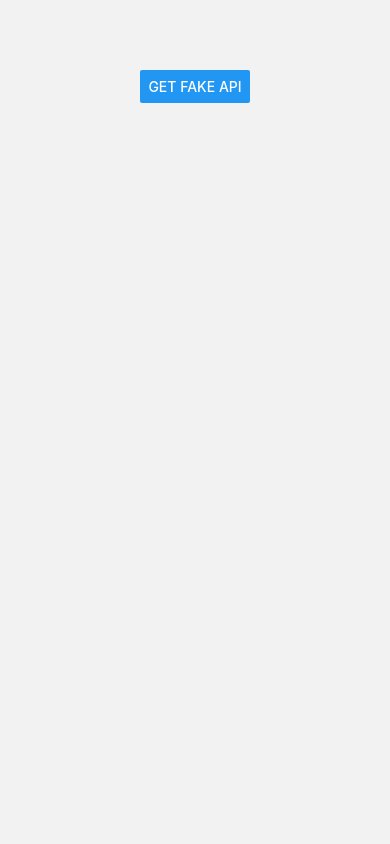
Repository: BCIT-Rooty/rooty-expo
Screen: /BroadcastMedia
An editor plug-in stored every save of this project. The screen is shown before and after a run of saves, followed by the edit.
The app was drawn by React Native's web renderer in a window 390 px wide. The project was rebuilt for these pictures with package versions that can differ from the ones it lists, and the page was loaded fresh each time. Also part of the build but not shown: components/text.js, components/postCard.js, screens/Computing.js, screens/Marketing.js, screens/BusinessFinance.js, screens/DigitalArtsDesign.js, screens/Tutoring.js.

Above is the screen before, as saved 2022-12-10 04:16:26.

### App.js
import { NavigationContainer } from '@react-navigation/native';
import { createNativeStackNavigator } from '@react-navigation/native-stack';
import Home from './screens/Home';
import BroadcastMedia from './screens/BroadcastMedia'
import Computing from './screens/Computing'
import Marketing from './screens/Marketing'
import BusinessFinance from './screens/BusinessFinance'
import DigitalArtsDesign from './screens/DigitalArtsDesign'
import Tutoring from './screens/Tutoring'

const Stack = createNativeStackNavigator();

export default function App() {
  return (
    <NavigationContainer>
      <Stack.Navigator>
        <Stack.Screen options={{headerShown: false}} name="Home" component={Home} />
        <Stack.Screen options={{headerShown: false}} name="BroadcastMedia" component={BroadcastMedia} />
        <Stack.Screen options={{headerShown: false}} name="Computing" component={Computing} />
        <Stack.Screen options={{headerShown: false}} name="Marketing" component={Marketing} />
        <Stack.Screen options={{headerShown: false}} name="BusinessFinance" component={BusinessFinance} />
        <Stack.Screen options={{headerShown: false}} name="DigitalArtsDesign" component={DigitalArtsDesign} />
        <Stack.Screen options={{headerShown: false}} name="Tutoring" component={Tutoring} />
      </Stack.Navigator>
    </NavigationContainer>
  );
}

### screens/Home.js
import { StatusBar } from 'expo-status-bar';
import { StyleSheet, Text, View } from 'react-native';
import styled from 'styled-components/native';
import { useState } from 'react';
import { FlexBox } from '../components/flexbox';
import TextBox from '../components/text';
import CategoryCard from '../components/categoryCard';
import { useNavigation } from '@react-navigation/native'

export default function Home() {
  const [listOfCategories, setListOfCategories] = useState([
    { id: "BroadcastMedia", name: "Broadcast & Media", image:"https://starbooks.ca/wk06website/wp-content/uploads/2022/12/broadcast-500x500.png" },
    { id: "Computing", name: "Computing", image:"https://starbooks.ca/wk06website/wp-content/uploads/2022/12/programming-Small.jpeg" },
    { id: "Marketing", name: "Marketing", image:"https://starbooks.ca/wk06website/wp-content/uploads/2022/12/marketing-500x500.png" },
    { id: "BusinessFinance", name: "Business & Finance", image:"https://starbooks.ca/wk06website/wp-content/uploads/2022/12/business-Small.jpeg" },
    { id: "DigitalArtsDesign", name: "Digital Arts & Design", image:"https://starbooks.ca/wk06website/wp-content/uploads/2022/12/digitalarts-Small.jpeg" },
    { id: "Tutoring", name: "Tutoring", image:"https://starbooks.ca/wk06website/wp-content/uploads/2022/12/tutoring-Small.jpeg" },
  ]);
    const  navigation = useNavigation()

    const SendRoute = (catId) => {
      navigation.navigate(catId)
      console.log("Hello")
    }


  return (
     <View style={{borderWidth:0, width:"100%", padding:"20px", height:"100%", backgroundColor:"#F8F6F2"}}>
          <View style={{width:"100%", justifyContent:"start", alignItems:"flex-start", paddingTop:50, paddingRight:0, paddingLeft:20, minHeight:90, borderBottomWidth: 1, borderBottomColor: 'grey', marginBottom:20}}>
            <Text style={{fontSize:20, fontWeight:"700"}}>Search</Text>
          </View>
          <View style={{flexWrap:"wrap", flexDirection:"row", borderWidth:"0px", display:"flex", justifyContent:"center"}} >
          {listOfCategories.map((category) => (
              <CategoryCard key={category.id} onPress={()=>{SendRoute(category.id)}} name={category.name} image={category.image}></CategoryCard>

            ))
          }
          </View>
      </View>
  );
}

### screens/BroadcastMedia.js
import { StatusBar } from 'expo-status-bar';
import { StyleSheet, Text, View, Button, KeyboardAvoidingView, ScrollView } from 'react-native';
import styled from 'styled-components/native';
import { useState } from 'react';
import { FlexBox } from '../components/flexbox';
import TextBox from '../components/text';
import CategoryCard from '../components/categoryCard';
import { useNavigation } from '@react-navigation/native'
import PostCard from '../components/postCard';
import axios from 'axios';

export default function BroadcastMedia() {
    const  navigation = useNavigation()
    const hey = () => {
      navigation.navigate('Home')
    }
    const [go, setGo] = useState("ok")
    const [number, setNumber] = useState("")
    const [cards, setCards] = useState([]);
    const [toast, showToast] = useState("blue")
    const [toastText, showToastText] = useState("Enter a number")
    const [loading, setLoading] = useState(false)

    const GetAPICards = async () => {
      // await means please wait for the line to finish before moving onto the next line

      //.then .catch
      setGo("ok")
      setLoading(true)
      await axios.get("https://fakerapi.it/api/v1/images?_quantity=10")
              .then((result)=>{
                  // if(result.data.data == 0 || number == "" || number == "0"){
                  //     throw new Error();
                  // }
                  setGo(true)
                  setCards([
                    ...result.data.data
                  ])
                  showToast("green")
                  showToastText("Successfully retrieved data!")
                  console.log(result.data.data)
              })
              .catch((error)=>{
                  // setGo(false)
                  // showToastText("Failed getting data")
                  // showToast("red")
                  console.log(error.message)
              })
      // setLoading(false)

    }


  return (
    <KeyboardAvoidingView behaviour="padding" style={{display:"flex", justifyContent:"start", alignItems:"center", height:"100%", paddingTop: 70}}>
    <Button onPress={() => GetAPICards()} title="Get Fake API"/>
    <ScrollView style={{marginTop:50}}>
        {go === true && cards.map((o,i)=>( <View key={i} style={{marginBottom:30}}>
            {i % 2 === 0 && <PostCard url={o.url} title={o.title} description={o.description}/>}
            {i % 2 !== 0 && <PostCard url={o.url} title={o.title} description={o.description}/>}
            </View>
        ))}
    </ScrollView>
</KeyboardAvoidingView>
  );
}

### components/flexbox.js
import styled from 'styled-components/native'

export const FlexBox = styled.View`
    display:flex;
    justify-content:${props=>props.justifyContent};
    align-items:${props=>props.alignItems};
    flex-direction:${props=>props.dir};
    flex-wrap: ${props=>props.flexWrap};
    width: ${props=>props.width};
    height: ${props=>props.height};
    background-color: ${props=>props.bgColor};
    padding: ${props=>props.padding || "0px"};
    min-height: ${props=>props.minHeight};
    max-height: ${props=>props.maxHeight};
    background-image: ${props=>props.linearGradient}, url(${props=>props.bgImage});
    background-position: ${props=>props.bgPosition};
    background-size: ${props=>props.bgSize};
    border-radius:${props=>props.borderRadius};
    filter: ${props=>props.filter};
    border: ${props=>props.border};
    position: ${props=>props.position};
    top: ${props=>props.top};
    left:${props=>props.left};
    bottom: ${props=>props.bottom};
    border-bottom-style: ${props=>props.borderBottom};
    border-top: ${props=>props.topBorder};
    border-bottom: ${props=>props.bottomBorder};
    color: ${props=>props.color};
    cursor: ${props=>props.cursor};
    max-width: ${props=>props.maxWidth};
    min-width: ${props=>props.minWidth};
    overflow-y: ${props=>props.overflowY};
    overflow-anchor: ${props=>props.overflowA}
`;

### components/categoryCard.js
import { FlexBox } from "./flexbox"
import { Image, Pressable, Text } from "react-native"


export default function CategoryCard({
    key,
    name,
    image,
    onPress=()=>{}
}) {

    return (
      <Pressable key={key} onPress={onPress} style={{marginHorizontal:10,marginVertical: 15, shadowOffset:{width:0, height:5}, shadowOpacity:0.4, shadowRadius:5}}>
          <FlexBox dir="column" style={{width:155, height:140, borderRadius:5, borderWidth:0, alignItems:"flex-end", justifyContent:"flex-end"}}>
            <Image style={{width:"100%", height:"87%"}} borderTopLeftRadius="5pt" borderTopRightRadius="5pt"source={{uri:image}}></Image>
            <FlexBox border="0" height="49pt" width="100%" borderBottomEndRadius="5pt" borderBottomLeftRadius="5pt" bgColor="white" justifyContent="start" padding="5%">
                <Text size="16px" weight="bold" align="left" borderRadius="15px">{name}</Text>
            </FlexBox>
        </FlexBox>
      </Pressable>
    )
  };

After the next 4 saves:
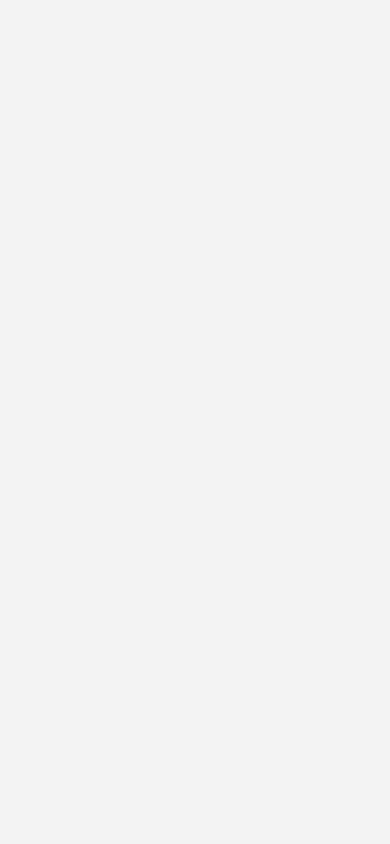
The 4 saves are shown as one change because they came seconds apart.
The last was saved 17 s later.
--- a/screens/BroadcastMedia.js
+++ b/screens/BroadcastMedia.js
@@ -53,7 +53,8 @@
 
   return (
     <KeyboardAvoidingView behaviour="padding" style={{display:"flex", justifyContent:"start", alignItems:"center", height:"100%", paddingTop: 70}}>
-    <Button onPress={() => GetAPICards()} title="Get Fake API"/>
+    {/* <Button onPress={() => GetAPICards()} title="Get Fake API"/> */}
+    {GetAPICards}
     <ScrollView style={{marginTop:50}}>
         {go === true && cards.map((o,i)=>( <View key={i} style={{marginBottom:30}}>
             {i % 2 === 0 && <PostCard url={o.url} title={o.title} description={o.description}/>}

After the 2 saves that followed:
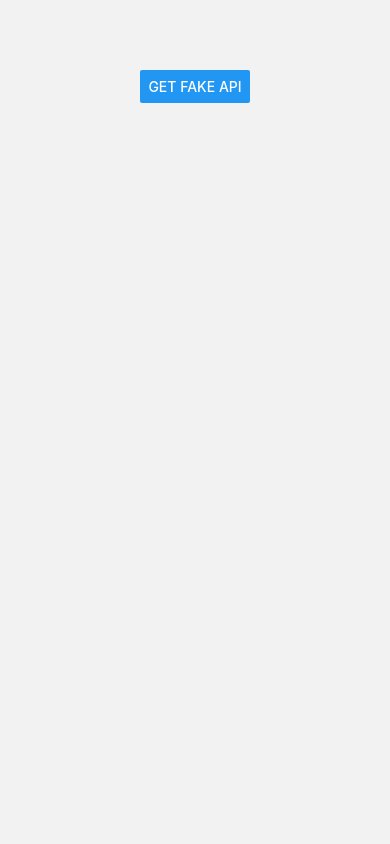
The 2 saves are shown as one change because they came seconds apart.
The last was saved 11 s later.
--- a/screens/BroadcastMedia.js
+++ b/screens/BroadcastMedia.js
@@ -53,8 +53,7 @@
 
   return (
     <KeyboardAvoidingView behaviour="padding" style={{display:"flex", justifyContent:"start", alignItems:"center", height:"100%", paddingTop: 70}}>
-    {/* <Button onPress={() => GetAPICards()} title="Get Fake API"/> */}
-    {GetAPICards}
+    <Button onPress={() => GetAPICards()} title="Get Fake API"/>
     <ScrollView style={{marginTop:50}}>
         {go === true && cards.map((o,i)=>( <View key={i} style={{marginBottom:30}}>
             {i % 2 === 0 && <PostCard url={o.url} title={o.title} description={o.description}/>}
